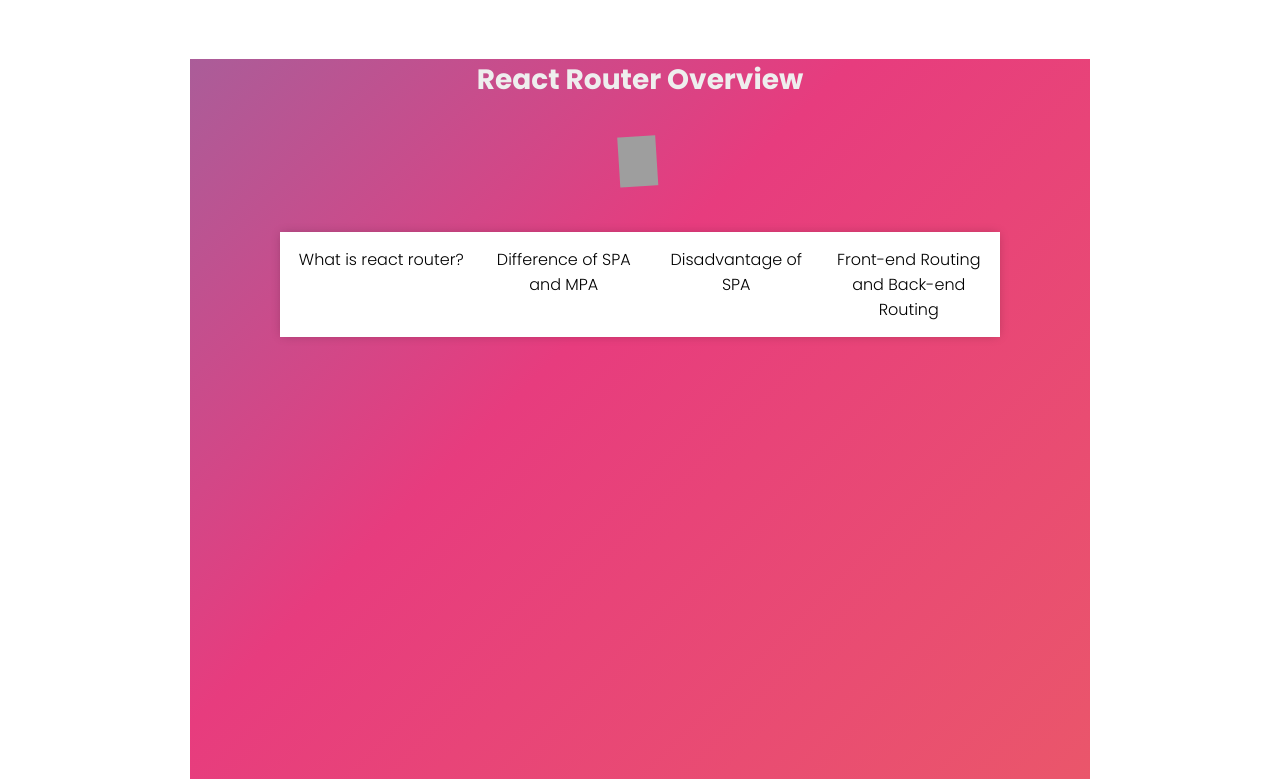
Repository: nguy3nds/2021-18-9-react
Page: /Why
The author's editor kept a copy of each file at every save. The page is drawn from the files as they stood at one save, then again after the next save.
The browser window is 1280 px wide. The pictures show the whole page.
Pictures or frames that could not be fetched are drawn as grey boxes. The project was rebuilt for these pictures with package versions that can differ from the ones it lists, and the page was loaded fresh each time. Also part of the build but not shown: src/components/What.js, src/components/Why.js, src/components/How.js, src/components/Tung.js.

Above is the page before, as saved 2021-09-20 08:48:47.

### src/App.js
import React from "react";
import { BrowserRouter as Router, Switch, Route, Link } from "react-router-dom";
import "./App.css";
import What from "./components/What.js";
import How from "./components/Why";
import Why from "./components/How";
import Tung from "./components/Tung";

import styled, { keyframes } from "styled-components";
const logo =
  "https://lh6.googleusercontent.com/m9VlRb9FHZcqWTBz0msD2FZGpSQs84aAOwwniApLbL1oZWSDJsg4opq2uc81QzPWDtx5QJ2DeO12CFeol6vqJXcSOyp10LGoOW3K_wXIp3UDuQt1XhXE5KeUC8Epkj2hO51asKYe";

export default function App() {
  return (
    <Router>
      <DivContainer>
        <h1>React Router Overview</h1>
        <Rotate>
          <img
            src={logo}
            className="App-logo"
            alt="logo"
            style={{ width: "50px" }}
          />
        </Rotate>
        <nav>
          <ul className="menu">
            <li className="menu-item has-child">
              <Link to="/Nguyen">What is react router?</Link>
            </li>
            <li className="menu-item has-child">
              <Link to="/Mai">Difference of SPA and MPA</Link>
            </li>
            <li className="menu-item has-child">
              <Link to="/Nam">Disadvantage of SPA</Link>
            </li>
            <li className="menu-item has-child">
              <Link to="/Tung">Front-end Routing and Back-end Routing</Link>
            </li>
          </ul>
        </nav>

        <Switch>
          <Route path="/Nguyen">
            <What />
          </Route>
          <Route path="/Mai">
            <Why />
          </Route>
          <Route path="/Nam">
            <How />
          </Route>
          <Route path="/Tung">
            <Tung />
          </Route>
        </Switch>
      </DivContainer>
    </Router>
  );
}

const gradient = keyframes`
	0% {
		background-position: 0% 50%;
	}
	50% {
		background-position: 100% 50%;
	}
	100% {
		background-position: 0% 50%;
	}
`;

const DivContainer = styled.div`
  margin: 0 auto;
  text-align: center;
  min-height: 100vh;
  color: #eee;
  background: linear-gradient(-45deg, #ee7752, #e73c7e, #23a6d5, #23d5ab);
  background-size: 400% 400%;
  animation: ${gradient} 15s ease infinite;
  padding-bottom: 100px;
`;

const rotate360 = keyframes`
  from {
    transform: rotate(0deg);
  }

  to {
    transform: rotate(360deg);
  }
`;

const Rotate = styled.div`
  display: inline-block;
  animation: ${rotate360} 2s linear infinite;
  padding: 2rem 1rem;
  font-size: 1.2rem;
`;

### src/App.css
@import url("https://fonts.googleapis.com/css2?family=Poppins:wght@300;400;600;700&display=swap");
:root {
  --primary: #08aeea;
  --secondary: #13d2b8;
  --purple: #bd93f9;
  --pink: #ff6bcb;
  --blue: #8be9fd;
  --gray: #333;
  --font: "Poppins", sans-serif;
  --gradient: linear-gradient(40deg, #ff6ec4, #7873f5);
  --shadow: 0 0 15px 0 rgba(0, 0, 0, 0.05);
}
*,
*:before,
*:after {
  box-sizing: border-box;
}
html {
  font-size: 62.5%;
  text-align: center;
}

body {
  font-family: var(--font);
  font-size: 1.4rem;
  overflow-x: hidden;
  font-weight: 300;
  width: 900px;
  margin: 0 auto;
  padding-top: 40px;
}

img {
  max-width: 100%;
}

a {
  text-decoration: none;
  font-family: var(--font);
  font-size: 1.6rem;
  color: black;
}

input,
button,
textarea,
select {
  font-family: var(--font);
  font-size: 1.4rem;
  font-weight: 300;
  outline: none;
  border: 0;
  margin: 0;
  padding: 0;
  border-radius: 0;
  -webkit-appearance: none;
}

button {
  cursor: pointer;
}

.menu {
  position: relative;
  max-width: 800px;
  margin: 30px auto;
  display: grid;
  grid-template-columns: 1fr 1fr 1fr 1fr;
  justify-content: center;
  background-color: white;
  padding: 1.5rem;
  box-shadow: 0 0 10px -2px rgba(0, 0, 0, 0.25);
}

.menu-link {
  font-size: 1.4rem;
  color: #918eae;
  display: block;
}
.menu-link:hover {
  color: #202842;
}

.menu-child-link {
  display: flex;
  align-items: center;
  justify-content: space-between;
  padding: 1.5rem;
  color: #918eae;
}
.menu-child-item {
  position: relative;
}
.menu-child-link:hover {
  color: #202842;
}

.menu-toggle {
  display: none;
}
.nav {
  position: relative;
}
.arrow-right {
  display: none;
}
@media screen and (min-width: 1024px) {
  .arrow-down {
    display: none;
  }
  .arrow-right {
    display: block;
  }
  .menu-item:not(:first-child) {
    margin-left: 2rem;
  }
  .menu-child {
    position: absolute;
    top: 100%;
    left: 0;
    margin-top: 1rem;
    min-width: 20rem;
    background-color: white;
    box-shadow: var(--shadow);
    display: none;
  }
  .menu-child:before {
    content: "";
    position: absolute;
    top: 0;
    left: 0;
    width: 100%;
    height: 1rem;
    background-color: transparent;
    transform: translateY(-100%);
  }
  .menu-child1 {
    top: 0;
    left: 100%;
    margin-top: 0;
  }
  .menu-item.has-child:hover > .menu-child {
    display: block;
  }
  .menu-child-item.has-child:hover > .menu-child {
    display: block;
  }
}

ul {
  padding: 0;
  width: 80%;
  margin: 0 auto;
}

ul li {
  list-style: none;
  padding: 0;
}
@media screen and (max-width: 1023px) {
  .menu {
    position: absolute;
    right: 0;
    top: 100%;
    min-width: 20rem;
    background-color: white;
    box-shadow: var(--shadow);
    flex-direction: column;
    display: none;
    z-index: 100;
  }
  .menu.show,
  .menu-child.show {
    display: block;
  }
  .menu-item:not(:last-child) {
    border-bottom: 1px solid #eee;
  }
  .menu-link {
    padding: 1.5rem;
    display: flex;
    justify-content: space-between;
    align-items: center;
  }
  .menu-child {
    display: none;
    background-color: #f6f6f6;
  }
  .menu-child1 {
    background-color: #eee;
  }
  .menu-toggle {
    width: max-content;
    font-size: 2rem;
    display: block;
    margin-left: auto;
    cursor: pointer;
  }
}

Loaded but not shown: public/index.html (common file); src/index.js (common file); src/index.css (common file); src/reportWebVitals.js (common file)

After the next save:
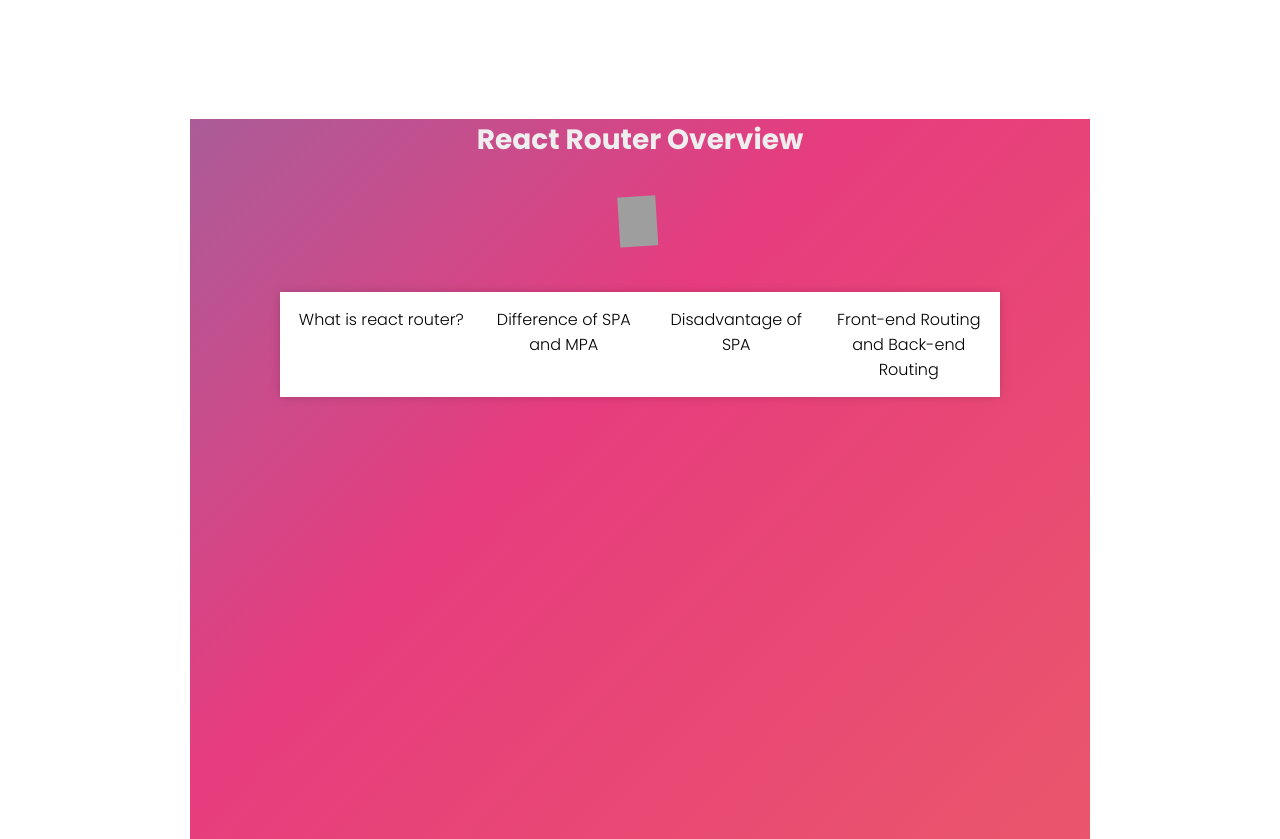
Saved 6 s later.
--- a/src/App.css
+++ b/src/App.css
@@ -27,7 +27,7 @@ body {
   font-weight: 300;
   width: 900px;
   margin: 0 auto;
-  padding-top: 40px;
+  padding-top: 100px;
 }
 
 img {
